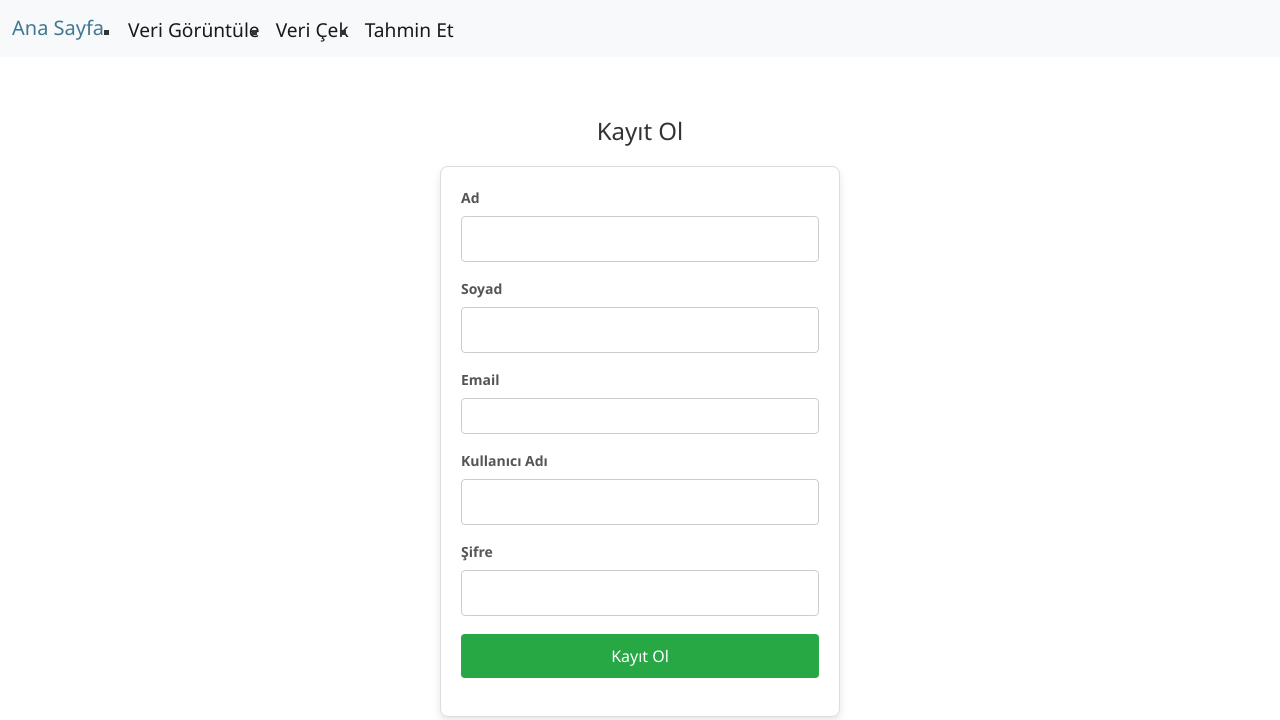
Repository: keremtanil/football_match_result_prediction
Page: http://localhost/account/register
An editor plug-in stored every save of this project. The page is shown before and after the next save, followed by the edit.
The browser window is 1280 px wide. The pictures show the whole page.
The page is served by the project's application, run on Django 3.2 (blogapp/manage.py). Other server files are loaded and not shown.

Above is the page before, as saved 2025-01-06 19:53:14.

### blogapp/account/templates/account/register.html
{% extends "base.html" %}
{% load static %}
{% block css_files %}
    <link rel="stylesheet" href="{% static 'account/css/style.css' %}">
{% endblock %}

{% block content %}
<div class="container mt-3">
    <div class="col">
        <h1>Kayıt Ol</h1>
        <form  method="POST">
            {% csrf_token %}
            {% if error %}
                <div class="alert alert-danger">
                    {{error}}
                </div>
            {% endif %}
            <div class="mb-3">
                <label for="name" class="form-label">Ad</label>
                <input type="text" class="form-control" name="name">
            </div>
            <div class="mb-3">
                <label for="surname" class="form-label">Soyad</label>
                <input type="text" class="form-control" name="surname">
            </div>
            <div class="mb-3">
                <label for="email" class="form-label">Email</label>
                <input type="email" class="form-control" name="email">
            </div>
            <div class="mb-3">
                <label for="username" class="form-label">Kullanıcı Adı</label>
                <input type="text" class="form-control" name="username">
            </div>
            <div class="mb-3">
                <label for="password" class="form-label">Şifre</label>
                <input type="password" class="form-control" name="password">
            </div>
            <div class="mb-3">
                <input type="submit" value="Kayıt Ol" class="btn btn-success">
            </div>
</div>
{% endblock %}

### blogapp/templates/base.html
{% load static %}
<!DOCTYPE html>
<html lang="tr">
<head>
    <meta charset="UTF-8">
    <meta http-equiv="X-UA-Compatible" content="IE=edge">
    <meta name="viewport" content="width=device-width, initial-scale=1.0">
    <link href="https://cdn.jsdelivr.net/npm/bootstrap@5.2.3/dist/css/bootstrap.min.css" rel="stylesheet" integrity="sha384-rbsA2VBKQhggwzxH7pPCaAqO46MgnOM80zW1RWuH61DGLwZJEdK2Kadq2F9CUG65" crossorigin="anonymous">
    <link rel="stylesheet" href="{% static 'css/base.css' %}">
    {% block css_files %} {% endblock %}
    <title>Document</title>
</head>
<body>
    <nav class="navbar navbar-expand-lg bg-light">
    <div class="container-fluid">
        <a class="navbar-brand large-text" href="{% url 'home' %}">Ana Sayfa</a>
        <button class="navbar-toggler" type="button" data-bs-toggle="collapse" data-bs-target="#navbarNav" aria-controls="navbarNav" aria-expanded="false" aria-label="Toggle navigation">
        <span class="navbar-toggler-icon"></span>
        </button>
        <div class="collapse navbar-collapse" id="navbarNav">
        <ul class="navbar-nav">
            <li class="nav-item">
            <a class="nav-link active" aria-current="page" href="{% url 'collect' %}" style="font-size: 1.2rem;">Veri Görüntüle</a>
            </li>
            <li class="nav-item">
            <a class="nav-link active" href="{% url 'live' %}" style="font-size: 1.2rem;">Veri Çek</a>
            </li>
            <li class="nav-item">
            <a class="nav-link active" href="{% url 'predict' %}" style="font-size: 1.2rem;">Tahmin Et</a>
            </li>
        </ul>
        <ul class="navbar-nav ms-auto">
            {% if user.is_authenticated %}
            <li class="nav-item">
            <a class="nav-link active" href="{% url 'login' %}" style="font-size: 1.2rem;">Giriş Yap</a>
            </li>
            <li class="nav-item">
                <a class="nav-link active" href="{% url 'register' %}" style="font-size: 1.2rem;">Kayıt Ol</a>
            </li>
            <li class="nav-item">
            <a class="nav-link active" href="{% url 'logout' %}" style="font-size: 1.2rem;">Çıkış Yap</a>
            </li>
            {%endif%}
        </ul>
        </div>
    </div>
    </nav>
    {% block content %}{% endblock %}
    <script src="https://cdn.jsdelivr.net/npm/bootstrap@5.2.3/dist/js/bootstrap.bundle.min.js" integrity="sha384-kenU1KFdBIe4zVF0s0G1M5b4hcpxyD9F7jL+jjXkk+Q2h455rYXK/7HAuoJl+0I4" crossorigin="anonymous"></script>
</body>
</html>

### blogapp/account/views.py
from django.shortcuts import render,redirect
from django.contrib.auth import authenticate

def login(request):
    if request.method == "POST":
        username = request.POST["username"]
        password = request.POST["password"]

        user = authenticate(request, username=username, password=password)

        if user is not None:
            login(request, user)
            return redirect("home")
        else:
            return render(request, "account/login.html", {
                "error": "Kullanıcı adı ya da şifre yanlış"
            })
    return render(request, "account/login.html")
def register(request):
    return render(request, "account/register.html")
def logout(request):
    return redirect("home")

### blogapp/blogapp/urls.py
"""blogapp URL Configuration

The `urlpatterns` list routes URLs to views. For more information please see:
    https://docs.djangoproject.com/en/3.2/topics/http/urls/
Examples:
Function views
    1. Add an import:  from my_app import views
    2. Add a URL to urlpatterns:  path('', views.home, name='home')
Class-based views
    1. Add an import:  from other_app.views import Home
    2. Add a URL to urlpatterns:  path('', Home.as_view(), name='home')
Including another URLconf
    1. Import the include() function: from django.urls import include, path
    2. Add a URL to urlpatterns:  path('blog/', include('blog.urls'))
"""
from django.contrib import admin
from django.urls import path, include

urlpatterns = [
    path('admin/', admin.site.urls),
    path('', include('blog.urls')),
    path('account/', include('account.urls'))
]

### blogapp/blog/urls.py
from django.urls import path
from . import views
urlpatterns = [
    path("", views.index, name="home"),
    path("index", views.index),
    path("collect_data", views.collect_data, name="collect"),
    path("predict", views.predict, name="predict"),
    path("live_collect_data/", views.live_collect_data, name="live"),
]

### blogapp/account/urls.py
from django.urls import path
from . import views

urlpatterns = [
    path("login", views.login , name="login"),
    path("register", views.register , name="register"),
    path("logout", views.logout , name="logout"),
]

### blogapp/account/static/account/css/style.css
html, body {
    margin: 0 ; /* Varsayılan marjinleri devre dışı bırak */
    padding: 0 ;
    height: 100% ; /* Tam yüksekliği zorunlu kıl */
    overflow: hidden; /* Kaydırmayı engelle */
}
form {
    max-width: 400px; /* Form genişliğini sınırlayın */
    margin: 0 auto; /* Ortala */
    padding: 20px; /* İç boşluk ekle */
    border: 1px solid #ddd; /* Hafif bir çerçeve ekle */
    border-radius: 8px; /* Yuvarlatılmış köşeler */
    box-shadow: 0 4px 8px rgba(0, 0, 0, 0.1); /* Hafif bir gölge */
    background-color: #fff; /* Beyaz arka plan */
}

/* Başlık Stili */
h1 {
    text-align: center; /* Ortala */
    font-size: 24px; /* Yazı boyutu */
    color: #333; /* Yazı rengi */
    margin-bottom: 20px; /* Alt boşluk */
}

/* Input Alanları */
input[type="text"],
input[type="password"] {
    font-size: 16px; /* Yazı boyutu */
    padding: 10px; /* İç boşluk */
    border: 1px solid #ccc; /* Çerçeve rengi */
    border-radius: 4px; /* Yuvarlatılmış köşeler */
    width: 100%; /* Genişliği kapsasın */
    box-sizing: border-box; /* Çerçeve ve padding hesaba dahil */
}

/* Submit Butonu */
input[type="submit"] {
    width: 100%; /* Genişliği kapsasın */
    padding: 10px; /* İç boşluk */
    background-color: #28a745; /* Yeşil renk */
    color: #fff; /* Beyaz yazı */
    border: none; /* Çerçeve yok */
    border-radius: 4px; /* Yuvarlatılmış köşeler */
    cursor: pointer; /* El işareti */
    font-size: 16px; /* Yazı boyutu */
    transition: background-color 0.3s ease; /* Geçiş efekti */
}

input[type="submit"]:hover {
    background-color: #218838; /* Daha koyu yeşil */
}

/* Label Stilleri */
label {
    font-weight: bold; /* Kalın yazı */
    color: #555; /* Yazı rengi */
    margin-bottom: 5px; /* Alt boşluk */
    display: block; /* Yeni satır */
}

/* Form Altındaki Boşluklar */
.mb-3 {
    margin-bottom: 20px; /* Daha geniş boşluk */
}

/* Form Konteyneri */
.container {
    margin-top: 0px !important; /* Üst boşluk */
    display: flex;
    justify-content: center;
    align-items: center;
    min-height: 100vh; /* Sayfanın tamamını kapsasın */
}

Loaded but not shown: blogapp/staticfiles/admin/css/base.css (common file)

After the next save:
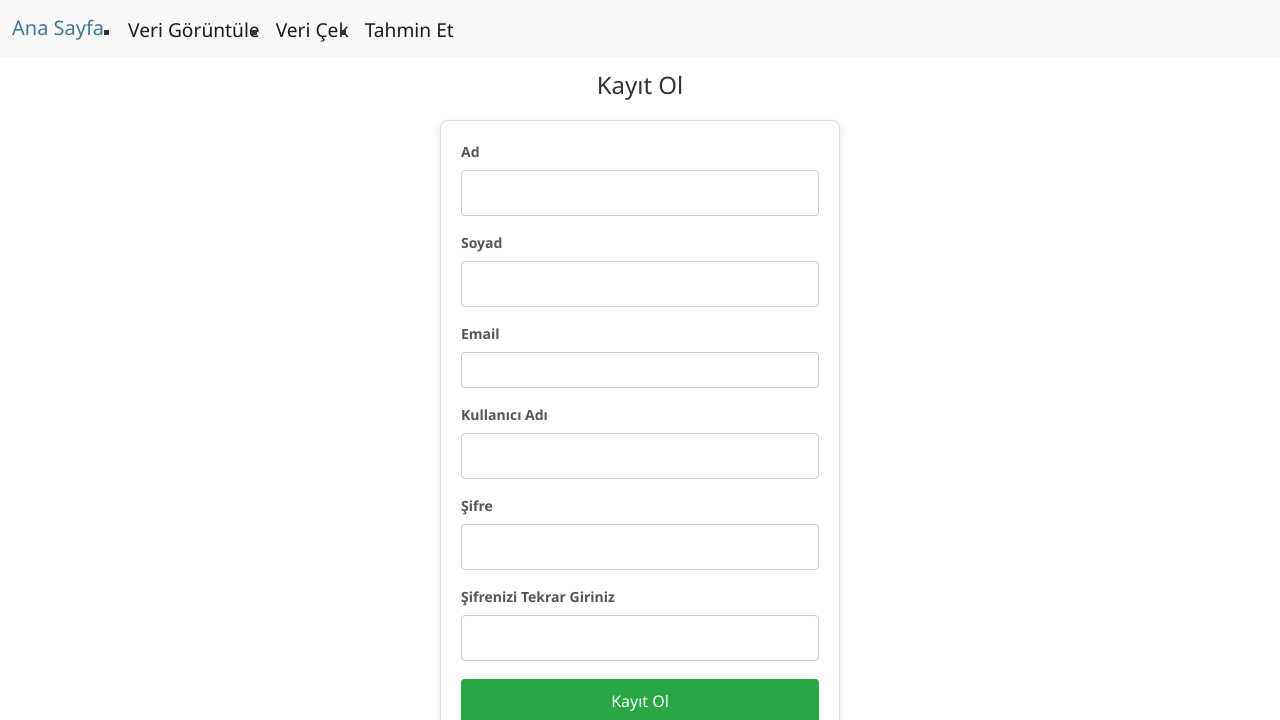
Saved 3 min 39 s later.
--- a/blogapp/account/templates/account/register.html
+++ b/blogapp/account/templates/account/register.html
@@ -36,6 +36,10 @@
                 <input type="password" class="form-control" name="password">
             </div>
             <div class="mb-3">
+                <label for="repassword" class="form-label">Şifrenizi Tekrar Giriniz</label>
+                <input type="password" class="form-control" name="repassword">
+            </div>
+            <div class="mb-3">
                 <input type="submit" value="Kayıt Ol" class="btn btn-success">
             </div>
 </div>
